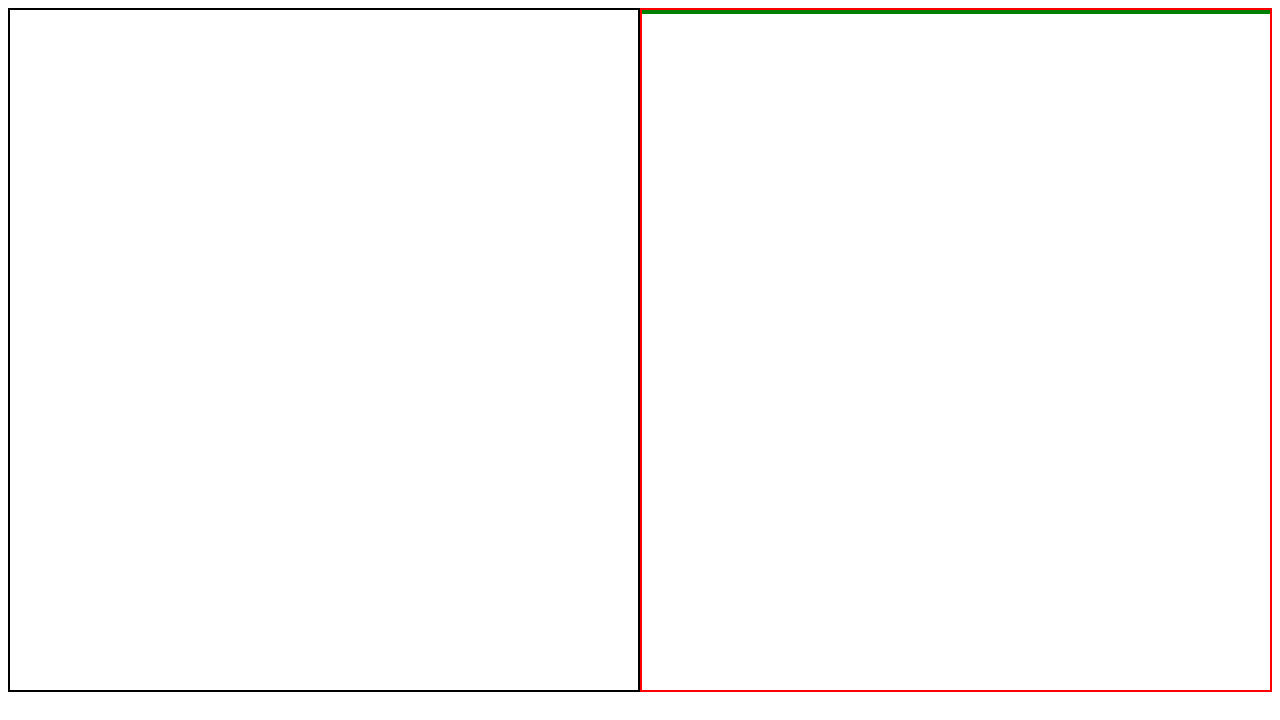
Repository: Pooja0109/Online-Quiz-Application
Page: http://localhost/QuizApplication/Register.jsp
The author's editor kept a copy of each file at every save. The page is drawn from the files as they stood at one save, then again after the next save.
The browser window is 1280 px wide. The pictures show the whole page.
The page is served by Tomcat 9. Other server files are loaded and not shown.

Above is the page before, as saved 2023-04-01 11:30:22.

### QuizApplication/QuizApplication/WebContent/Register.jsp
<%@ page language="java" contentType="text/html; charset=ISO-8859-1"
    pageEncoding="ISO-8859-1"%>
<!DOCTYPE html PUBLIC "-//W3C//DTD HTML 4.01 Transitional//EN" "http://www.w3.org/TR/html4/loose.dtd">
<html>
<head>
<link rel="stylesheet" href="quizapp.css">
<meta http-equiv="Content-Type" content="text/html; charset=ISO-8859-1">
<title>Registration</title>
</head>
<body class="part">
<div class="part1">
</div>
<div class="part2">
<form action="RegisterServlet" method="post" class="formstyle">
<%-- <label>
Name :
</label><br>
<input type="text" name="name" value="${name}" required>
<br>
<label>
E-mail :
</label><br>
<input type="e-mail" name="email" required>
<br>
<label>
Phone :
</label><br>
<input type="text" maxlength="10" name="phone" required >
<br>
<label>
User Name :
</label><br>
<input type="text" name="u_name" required>
<br>
<label>
Password :
</label><br>
<input type="password" name="ppass" required>
<br>
<label>
Confirm Password :
</label><br>
<input type="password" name="cpass" required>
<br><br>
<input type="submit"> --%>
</form>
</div>
</body>
</html>

### QuizApplication/QuizApplication/WebContent/quizapp.css
@charset "ISO-8859-1";
*{
	box-sizing: border-box;
	font-family:monospace;
}
.container{
  font-family: Arial, Helvetica, sans-serif;
  border-collapse: collapse;
  width: 60%;
  height:auto;
  padding:1%;
  border:2px solid green;
  margin:auto;
}
h1
{
	color:green;
}
.labelclass
{
	width:100%;
	height:45px;
	font-size:15px;
	background-color: green;
	color:white;
	padding:1% 3%;
}
.items
{
	font-size:15px;
	accent-color: green;
}
.buttons
{
	color:white;
	font-size:20px;
	background-color:green;
	width:25%;
	margin:0 10%;
	border-radius:5%;
}
.buttonclass
{
	margin:1% 35%;
}
.score
{
	font-size:18px;
	margin:0 36%;
	color:green;
	font-weight:bolder;
}
.welcome
{
	height:auto;
	margin:auto;
	color:green;
	width:50%;
	border:4px solid green;
	border-radius:8%;
}

.Exbuttons
{
	color:white;
	font-size:20px;
	background-color:green;
	width:25%;
	margin:0 38%;
	border-radius:5%;
}
.Exbuttons:hover
{
	color:black;
	font-size:20px;
	background-color:green;
	width:25%;
	margin:0 38%;
	border-radius:5%;
}
.W_items
{
	display:flex;
	justify-content:center;
	align-items:center;
	padding:2%;
}
.part
{
	display:flex;
	flex-direction:row;
	justify-content: center;
	align-items: center;
}
.part1
{
	width:50%;
	height:95vh;
	border:2px solid black;
	left:0%;
}
.part2
{
	width:50%;
	border:2px solid red;
	height:95vh;
}
.formstyle
{
	border:2px solid green;
	display:flex;
	flex-direction:column;
	justify-content: center;
	align-items: center;
	margin:auto;
}

After the next save:
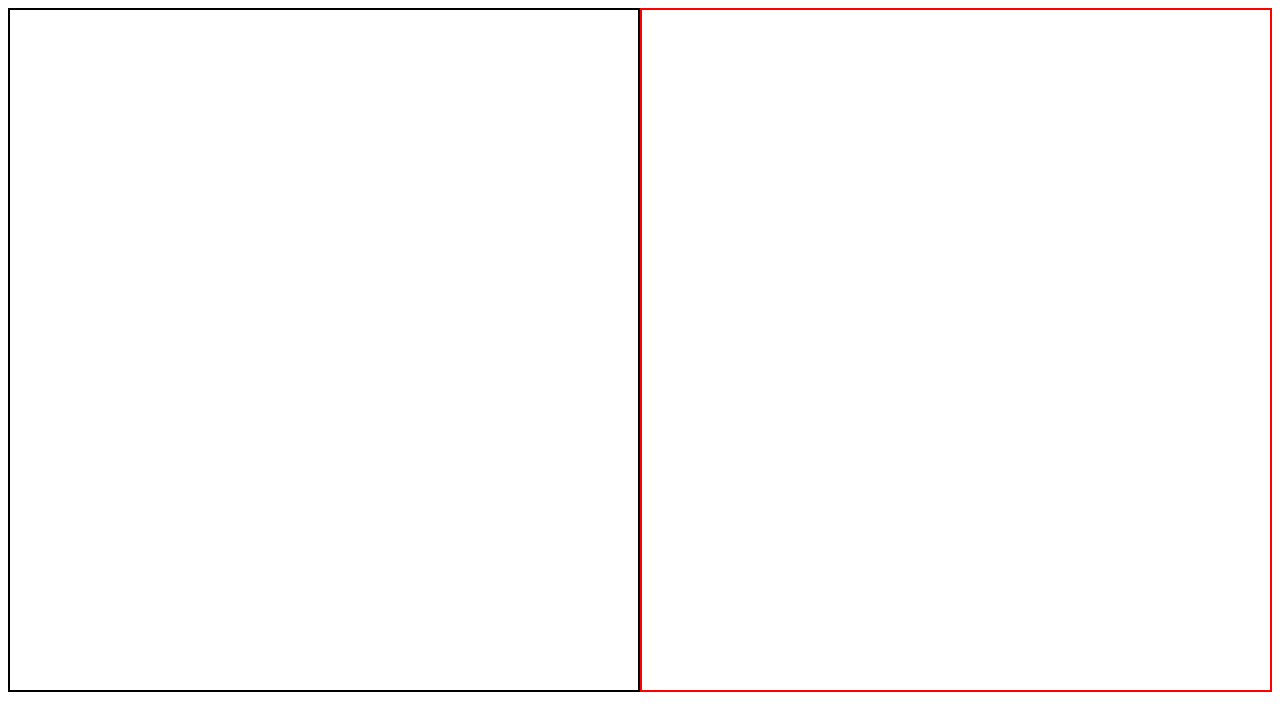
Saved 25 s later.
--- a/QuizApplication/QuizApplication/WebContent/Register.jsp
+++ b/QuizApplication/QuizApplication/WebContent/Register.jsp
@@ -11,8 +11,11 @@
 <div class="part1">
 </div>
 <div class="part2">
+
+
+<%--
 <form action="RegisterServlet" method="post" class="formstyle">
-<%-- <label>
+<label>
 Name :
 </label><br>
 <input type="text" name="name" value="${name}" required>
